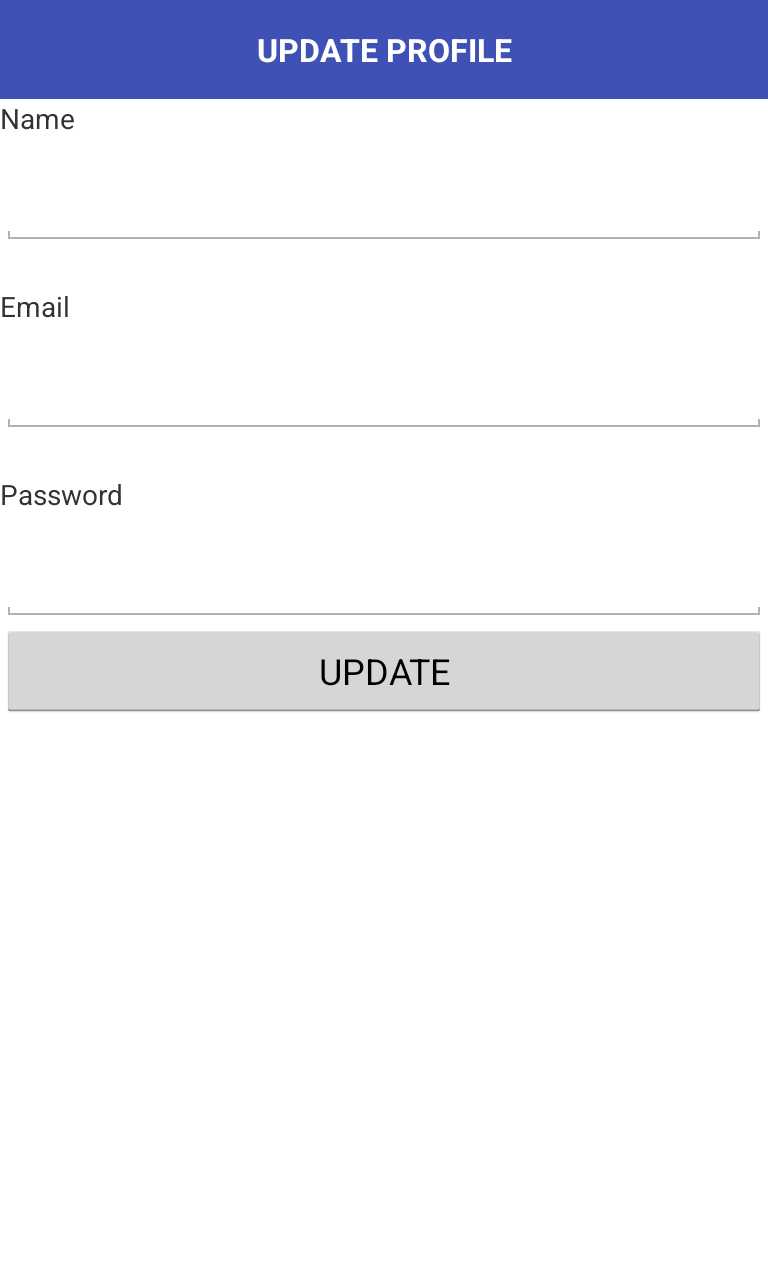
Repository: Harshil737/Career-Launcher
Layout: CareerLauncher/res/layout/item_profile_update.xml
These files come from the project's save history. The layout is drawn as it stood at one moment and after the next save; the edit follows.
It is drawn on a 768 x 1280 px phone screen (xhdpi) without system bars, with theme AppTheme; the app's code is not run.

Above is the layout before, as saved 2017-11-05 13:17:34.

After the next save:
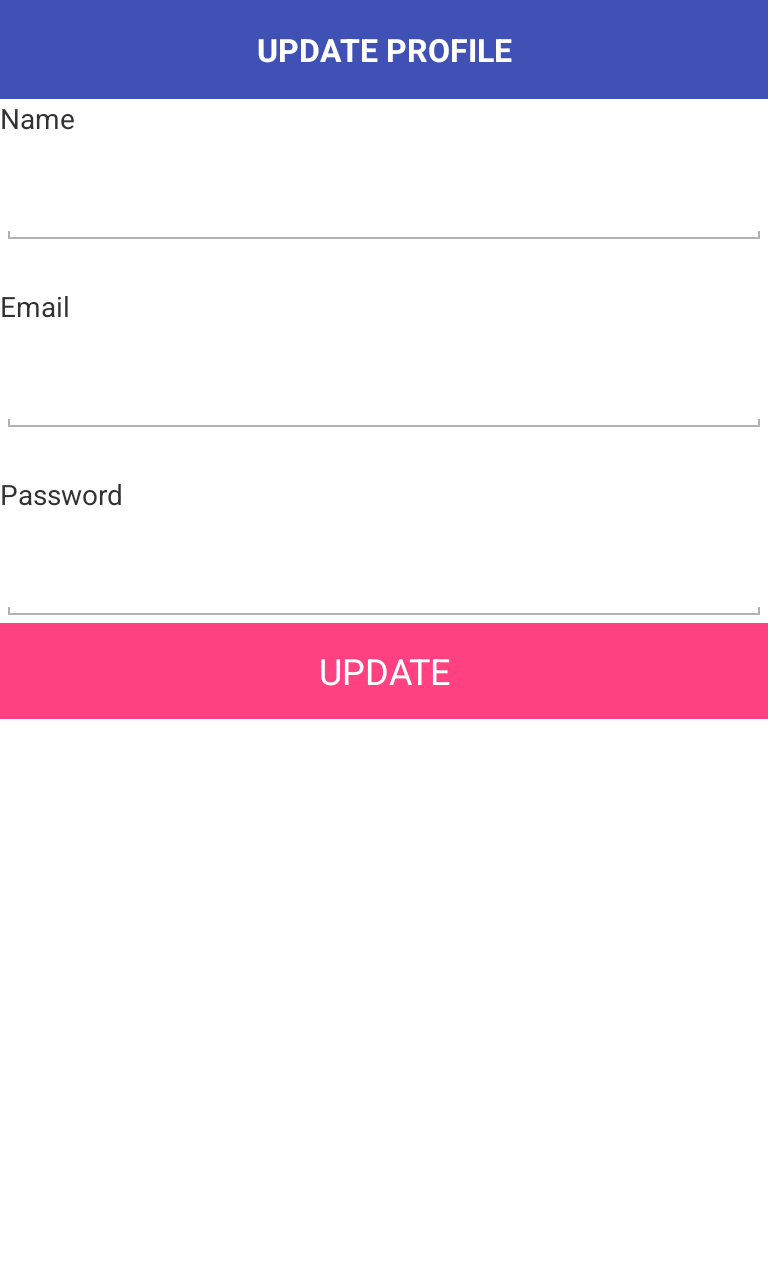
Saved 16 s later.
--- a/CareerLauncher/res/layout/item_profile_update.xml
+++ b/CareerLauncher/res/layout/item_profile_update.xml
@@ -67,7 +67,9 @@
             android:layout_width="0dp"
             android:layout_height="wrap_content"
             android:layout_weight="1"
-            android:text="UPDATE" />
+            android:background="@color/colorAccent"
+            android:text="UPDATE"
+            android:textColor="@color/colorWhite" />
     </LinearLayout>
 
 </LinearLayout>
